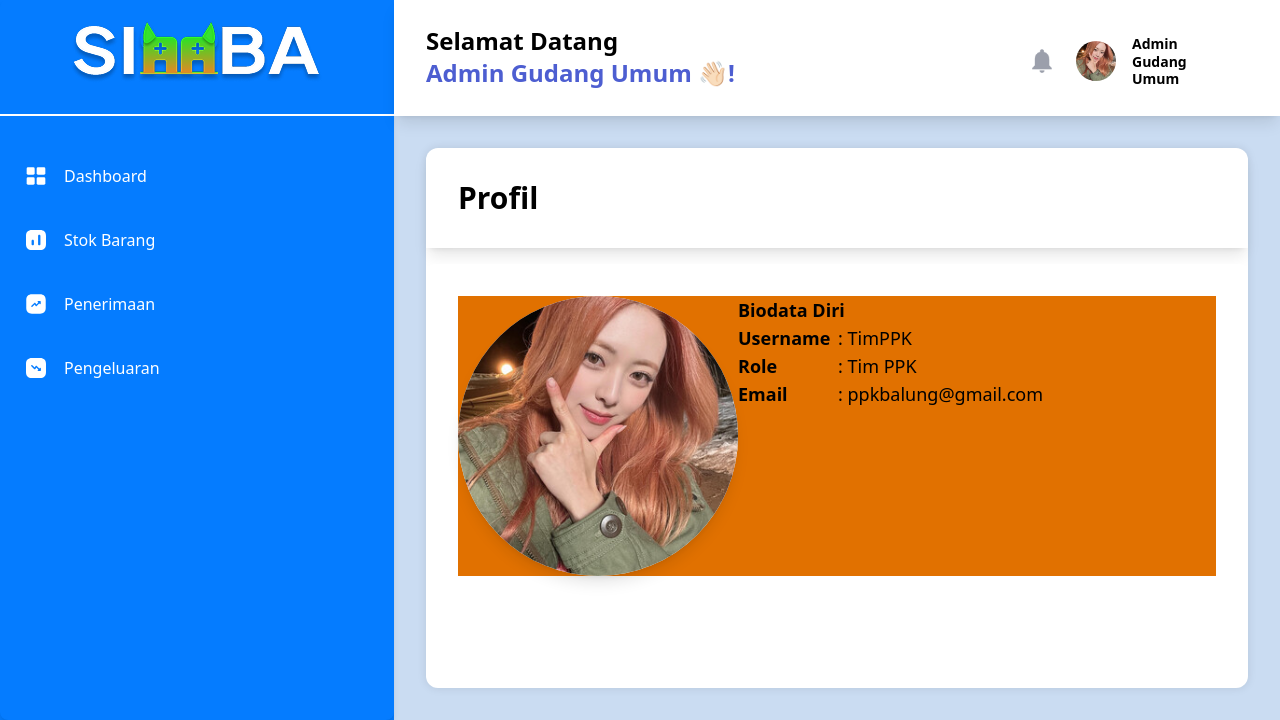
Repository: Gokerwow/inventory-fe
Page: /profil
The author's editor kept a copy of each file at every save. The page is drawn from the files as they stood at one save, then again after the next save.
The browser window is 1280 px wide. The pictures show the whole page.
The project was rebuilt for these pictures with package versions that can differ from the ones it lists, and the page was loaded fresh each time. Also part of the build but not shown: vite.config.ts, src/components/lineChart.tsx, src/pages/dashboard.tsx, src/pages/stokBarang.tsx, src/components/pagination.tsx, src/components/PenerimaanTable.tsx, src/components/RiwayatPenerimaanTable.tsx, src/pages/penerimaan.tsx and 8 more.

Above is the page before, as saved 2025-10-28 12:07:00.

After the next save:
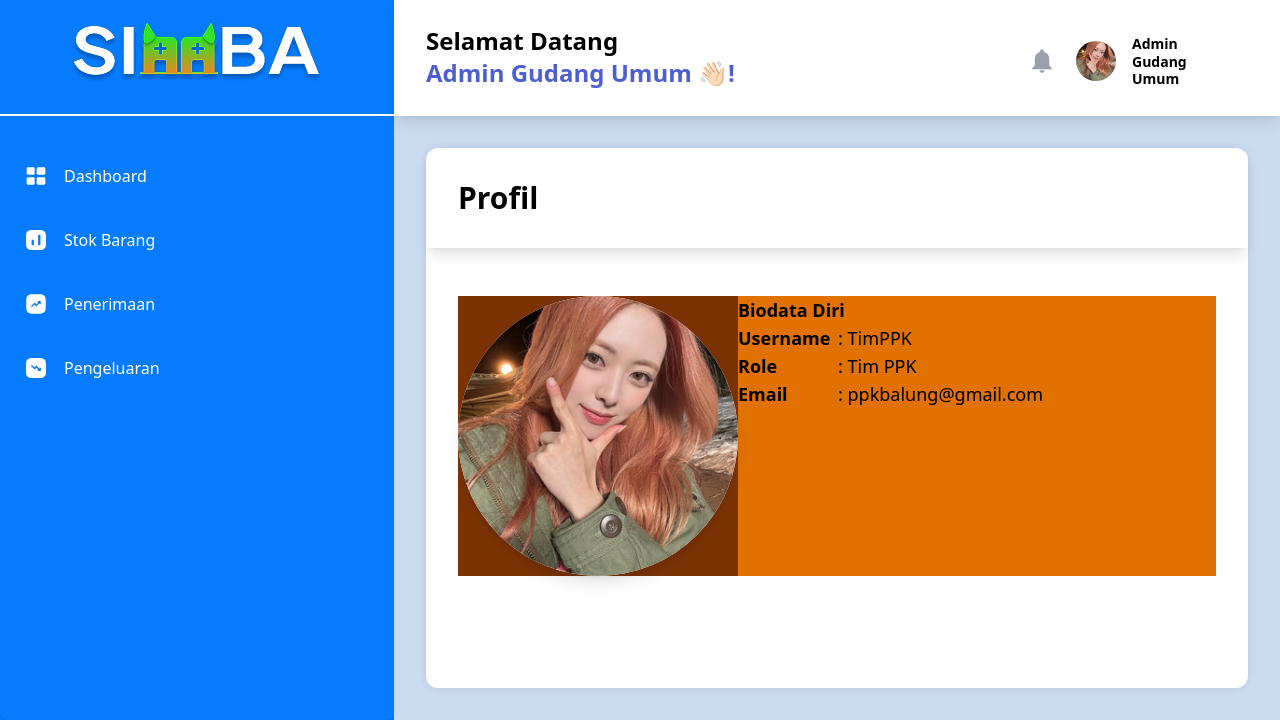
Saved 35 s later.
--- a/src/pages/profil.tsx
+++ b/src/pages/profil.tsx
@@ -6,8 +6,10 @@ function Profil() {
             <h1 className="text-3xl font-bold p-8 shadow-lg">Profil</h1>
             <div className="bg-white rounded-lg p-8">
                 <div className='bg-amber-600 flex'>
-                    <div className='bg-white rounded-full w-70 h-70 flex items-center justify-center overflow-hidden shadow-lg'>
-                        <img src={PfpExample} alt="Profile Picture" className='w-full' />
+                    <div className='bg-amber-900'>
+                        <div className='bg-white rounded-full w-70 h-70 flex items-center justify-center overflow-hidden shadow-lg'>
+                            <img src={PfpExample} alt="Profile Picture" className='w-full' />
+                        </div>
                     </div>
                     <div className='text-lg'>
                         <h1 className='font-bold'>Biodata Diri</h1>
